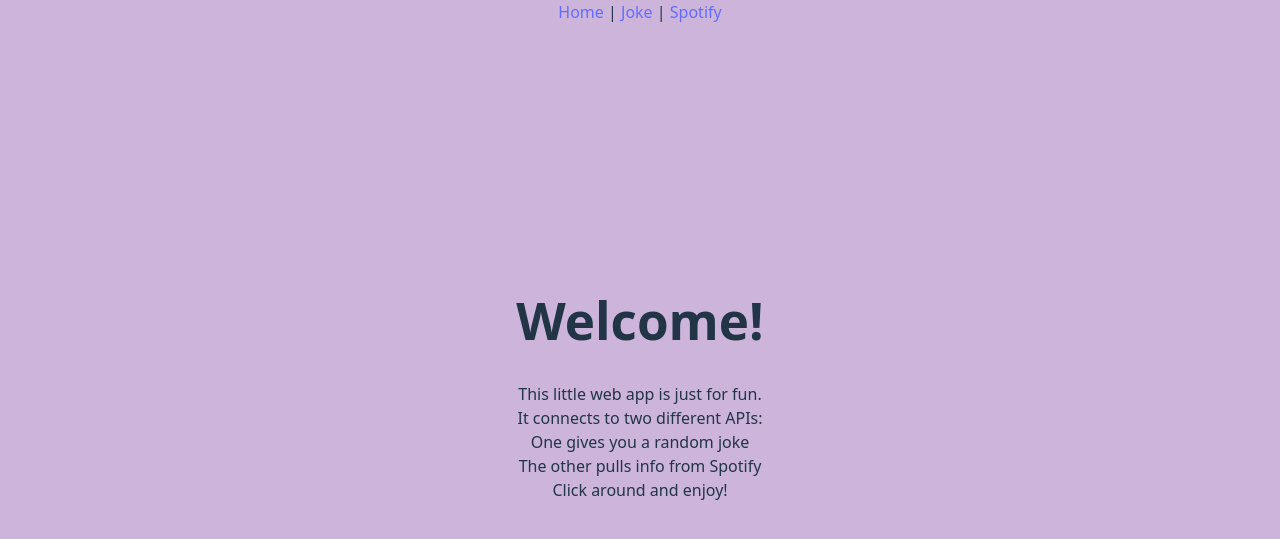
Repository: rosieomusic/spotify-react
Page: /
The author's editor kept a copy of each file at every save. The page is drawn from the files as they stood at one save, then again after the next save.
The browser window is 1280 px wide. The pictures show the whole page.
The page's requests for data from a server got no answer. The project was rebuilt for these pictures with package versions that can differ from the ones it lists, and the page was loaded fresh each time. No one was signed in, and anything a server would have sent is missing. Also part of the build but not shown: vite.config.js, src/services/SpotifyService.js, src/components/AlbumComponent.jsx, src/pages/SpotifyPage.jsx, src/services/JokeService.js, src/pages/JokePage.jsx.

Above is the page before, as saved 2025-05-09 19:04:46.

### index.html
<!DOCTYPE html>
<html lang="en">
	<head>
		<meta charset="UTF-8" />
		<link
			rel="icon"
			type="image/svg+xml"
			href="/vite.svg"
		/>
		<meta
			name="viewport"
			content="width=device-width, initial-scale=1.0"
		/>
		<title>Joke and Spotify API</title>
	</head>
	<body>
		<div id="root"></div>
		<script
			type="module"
			src="/src/main.jsx"
		></script>
	</body>
</html>

### src/index.css
:root {
	font-family: system-ui, Avenir, Helvetica, Arial, sans-serif;
	line-height: 1.5;
	font-weight: 400;

	color: black;
	background-color: white;

	font-synthesis: none;
	text-rendering: optimizeLegibility;
	-webkit-font-smoothing: antialiased;
	-moz-osx-font-smoothing: grayscale;
}

a {
	font-weight: 500;
	color: #646cff;
	text-decoration: inherit;
}
a:hover {
	color: #535bf2;
}

h1 {
	font-size: 3.2em;
	line-height: 1.1;
}

button {
	border-radius: 8px;
	border: 1px solid black;
	padding: 0.6em 1.2em;
	font-size: 1em;
	font-weight: 500;
	font-family: inherit;
	background-color: white;
	cursor: pointer;
	transition: border-color 0.25s;
}
button:hover {
	border-color: #646cff;
}
button:focus,
button:focus-visible {
	outline: 4px auto -webkit-focus-ring-color;
}

@media (prefers-color-scheme: light) {
	:root {
		color: #213547;
		background-color: #ffffff;
	}
	a:hover {
		color: #747bff;
	}
	button {
		background-color: #f9f9f9;
	}
}

### src/App.jsx
import './App.css';
import { BrowserRouter, Routes, Link, Route, NavLink } from 'react-router-dom';
import HomePage from './pages/HomePage';
import SpotifyPage from './pages/SpotifyPage';
import JokePage from './pages/JokePage';

function App() {
	return (
		<BrowserRouter>
			<div id='app-container'>
				<nav>
					<NavLink
						to='/'
						className='nav-link'
					>
						Home
					</NavLink>{' '}
					|{' '}
					<NavLink
						to='/joke'
						className='nav-link'
					>
						Joke
					</NavLink>{' '}
					|{' '}
					<NavLink
						to='/spotify'
						className='nav-link'
					>
						Spotify
					</NavLink>
				</nav>

				<main>
					<Routes>
						<Route
							path='/'
							element={<HomePage />}
						/>
						<Route
							path='/joke'
							element={<JokePage />}
						/>
						<Route
							path='/spotify'
							element={<SpotifyPage />}
						/>
					</Routes>
				</main>
			</div>
		</BrowserRouter>
	);
}

export default App;

### src/App.css
html,
body {
	height: 100%;
	margin: 0;
	padding: 0;
}
#app-container {
	display: flex;
	flex-direction: column;
	min-height: 100dvh;
}

#root {
	max-width: 1280px;
	margin: 0;
	height: 100dvh;
	display: flex;
	justify-content: center;
	align-items: center;
	text-align: center;
}
body {
	background-color: #cdb4db;
}

button {
	background-color: #a2d2ff;
	border: none;
}
h1,
p {
	justify-self: center;
	text-align: center;
	align-self: center;
}

nav {
	text-align: center;
	margin-bottom: 2rem;
	text-decoration: none;
}
main {
	flex-grow: 1;
	display: flex;
	justify-content: center;
	align-items: center;
	text-align: center;
	padding: 1rem;
}

### src/pages/HomePage.jsx
import React from 'react';

export default function HomePage() {
	return (
		<div>
			<h1>Welcome!</h1>
			<p>
				This little web app is just for fun. <br />
				It connects to two different APIs: <br />
				One gives you a random joke <br />
				The other pulls info from Spotify
				<br />
				Click around and enjoy!
			</p>
		</div>
	);
}

Loaded but not shown: src/main.jsx (common file)

After the next save:
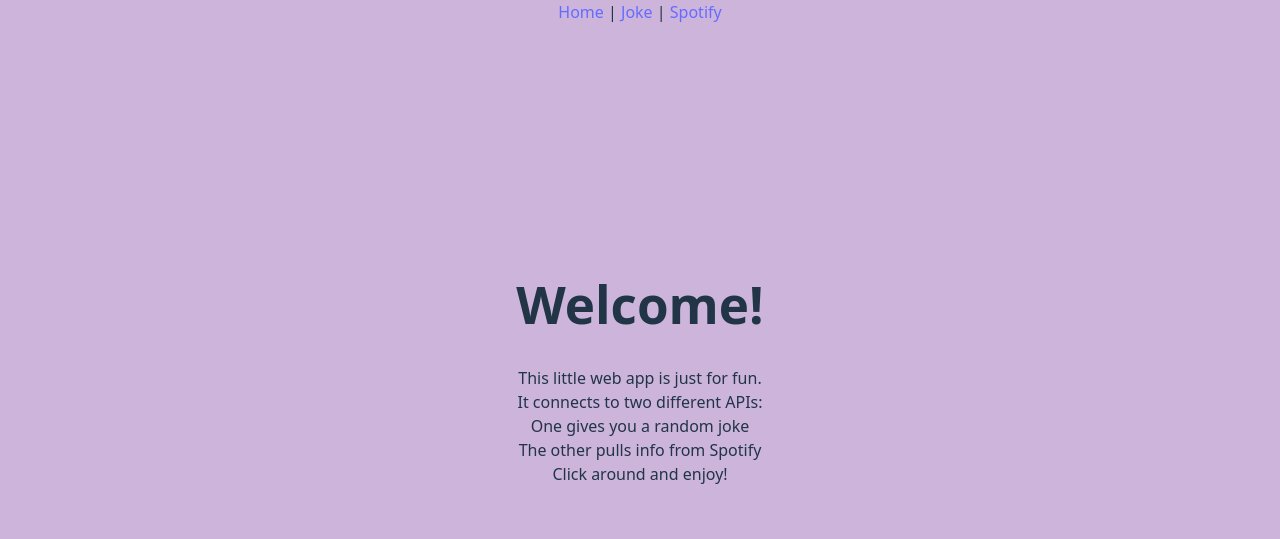
Saved 42 s later.
--- a/src/App.css
+++ b/src/App.css
@@ -36,7 +36,8 @@
 
 nav {
 	text-align: center;
-	margin-bottom: 2rem;
+}
+a {
 	text-decoration: none;
 }
 main {
